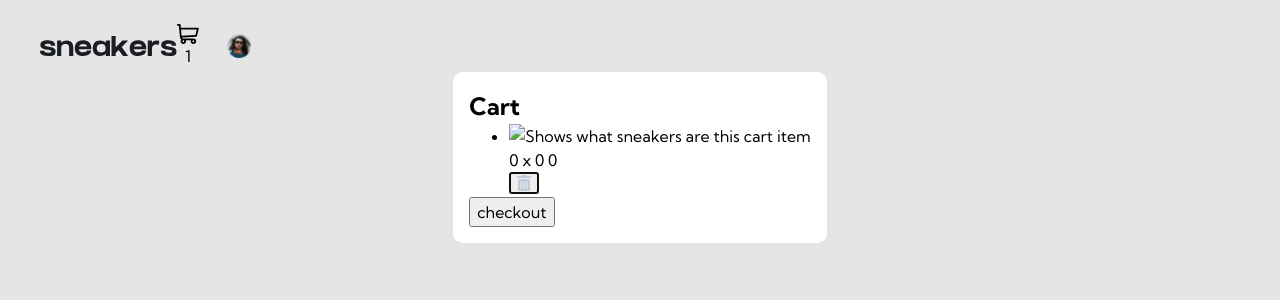
Repository: NikitaVologdin/React-Commerce-Product-Page
Page: /, after clicking the first element matching `button.header__cart-icon`
These files come from the project's save history. The page is drawn as it stood at one moment and after the next save; the edit follows.
The browser window is 1280 px wide. The pictures show the whole page.
The project was rebuilt for these pictures with package versions that can differ from the ones it lists, and the page was loaded fresh each time. Also part of the build but not shown: vite.config.ts.

Above is the page before, as saved 2024-11-09 13:13:25.

After the next save:
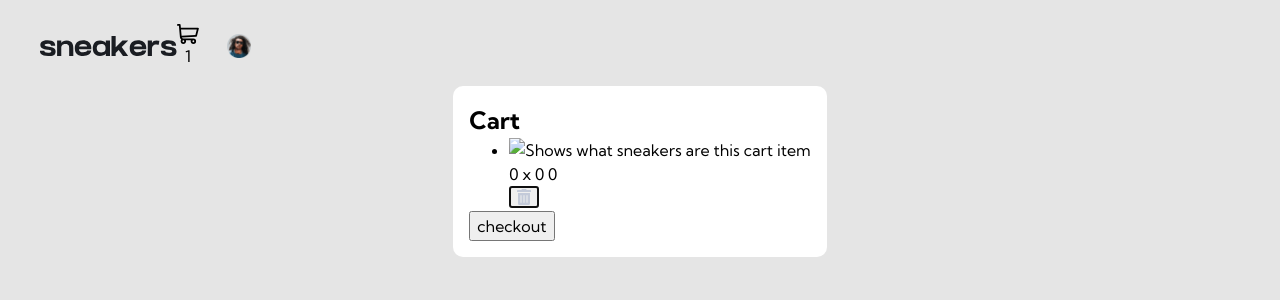
Saved 6 s later.
--- a/src/index.css
+++ b/src/index.css
@@ -133,7 +133,7 @@
   border-radius: 10px;
   border: none;
   margin: 0 auto;
-  top: 10%;
+  top: 12%;
   &__title {
     font-size: 16px;
     font-weight: 700;
